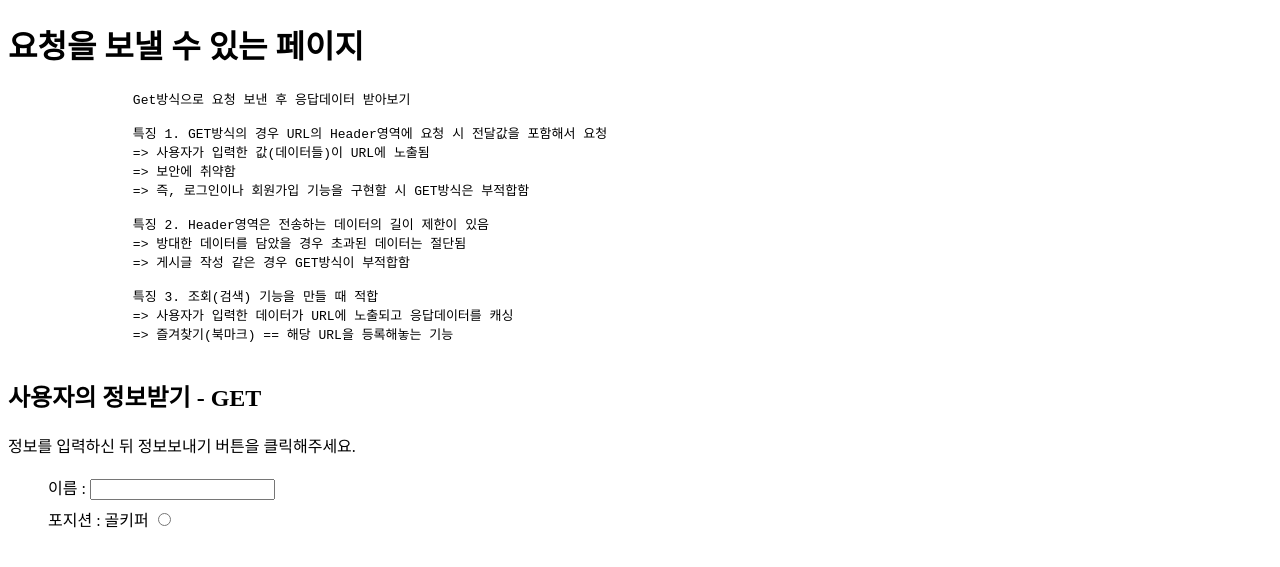
Repository: rlaehqkf/java_practice
Page: MyFirstWebProject/src/main/webapp/views/request_get.html
The author's editor kept a copy of each file at every save. The page is drawn from the files as they stood at one save, then again after the next save.
The browser window is 1280 px wide. The pictures show the whole page.

Above is the page before, as saved 2026-05-04 08:29:48.

### MyFirstWebProject/src/main/webapp/views/request_get.html
<!DOCTYPE html>
<html>
<head>
<meta charset="UTF-8">
<title>요청을 보내야겠다~~</title>
<style>
	ul{
		list-style : none;
		line-height : 200%;
	}

</style>



</head>
<body>

	<h1>요청을 보낼 수 있는 페이지</h1>

	<pre>
		Get방식으로 요청 보낸 후 응답데이터 받아보기

		특징 1. GET방식의 경우 URL의 Header영역에 요청 시 전달값을 포함해서 요청
		=> 사용자가 입력한 값(데이터들)이 URL에 노출됨
		=> 보안에 취약함
		=> 즉, 로그인이나 회원가입 기능을 구현할 시 GET방식은 부적합함

		특징 2. Header영역은 전송하는 데이터의 길이 제한이 있음
		=> 방대한 데이터를 담았을 경우 초과된 데이터는 절단됨
		=> 게시글 작성 같은 경우 GET방식이 부적합함

		특징 3. 조회(검색) 기능을 만들 때 적합
		=> 사용자가 입력한 데이터가 URL에 노출되고 응답데이터를 캐싱
		=> 즐겨찾기(북마크) == 해당 URL을 등록해놓는 기능
	</pre>

	<h2> 사용자의 정보받기 - GET </h2>
	<p>정보를 입력하신 뒤 정보보내기 버튼을 클릭해주세요.</p>


	<!--
		form태그 안에 존재하는 submit타입의 버튼 클릭 시
		form태그의 속성 중 action속성에 작성된 URL로 요청을 보냄!!
		Controller로 요청을 보내야함 -> Servlet

		http://localhost:8088/first
	 -->
	<!--

	<form method="get" action="http://localhost:8088/first/first.do" >
		<ul>
			<li>
				이름 : <input type="text" name="name"/>
			</li>
			<li>
				성별 :
				남자 <input type="radio" name="gender" value="남자" />
				여자 <input type="radio" name="gender" value="여자" />
				선택안함 <input type="radio" name="gender" value="선택 안 함" />
			</li>
			<li>
				나이 : <input type="number" name="age" />
			</li>
			<li>
				사는 지역 :
				<select name="city">
					<option>서울</option>
					<option value="제주도">제주도</option>
				</select>
			</li>
			<li>
				키 : <input type="range" min="130" max="220" name="height" />
			</li>
			<li>
				좋아하는 음식(모두 고르시오)
				햄버거 <input type="checkbox" name="food" value="햄버거" />
				제육볶음 <input type="checkbox" name="food" value="제육볶음" />
				돈까스 <input type="checkbox" name="food" value="돈까스" />
				피자 <input type="checkbox" name="food" value="피자" />
				치킨 <input type="checkbox" name="food" value="치킨" />
			</li>
			<li>
				<button type="submit">가즈아~</button>
			</li>
			<li>

			</li>
		</ul>
	</form>

	-->


	<form method="get" action="http://localhost:8088/first/second.do" >
		<ul>
			<li>
				이름 : <input type="text" name="name" />
			</li>
			<li>
				포지션 :
				골키퍼 <input type="radio" name="position" />
			</li>
			<li>

			</li>
			<li>

			</li>
			<li>

			</li>
			<li>

			</li>
			<li>

			</li>
			<li>

			</li>
			<li>

			</li>
			<li>

			</li>
			<li>

			</li>




		</ul>
	</form>















</body>
</html>

After the next save:
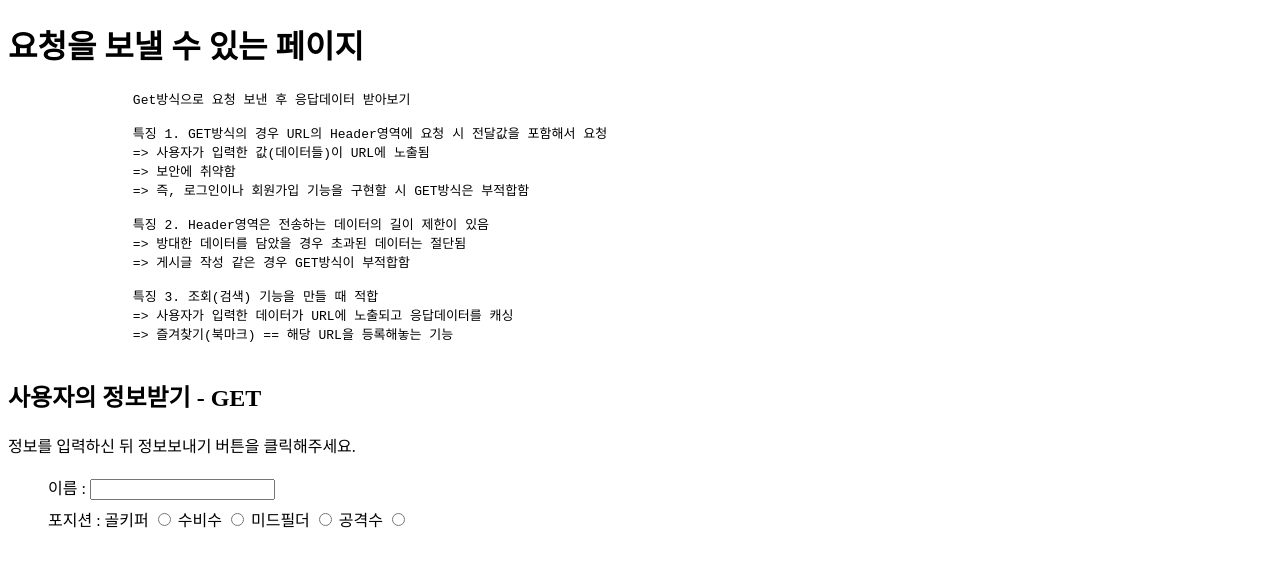
Saved 96 s later.
--- a/MyFirstWebProject/src/main/webapp/views/request_get.html
+++ b/MyFirstWebProject/src/main/webapp/views/request_get.html
@@ -100,6 +100,9 @@
 			<li>
 				포지션 :
 				골키퍼 <input type="radio" name="position" />
+				수비수 <input type="radio" name="position" />
+				미드필더 <input type="radio" name="position" />
+				공격수 <input type="radio" name="position" />
 			</li>
 			<li>
 
